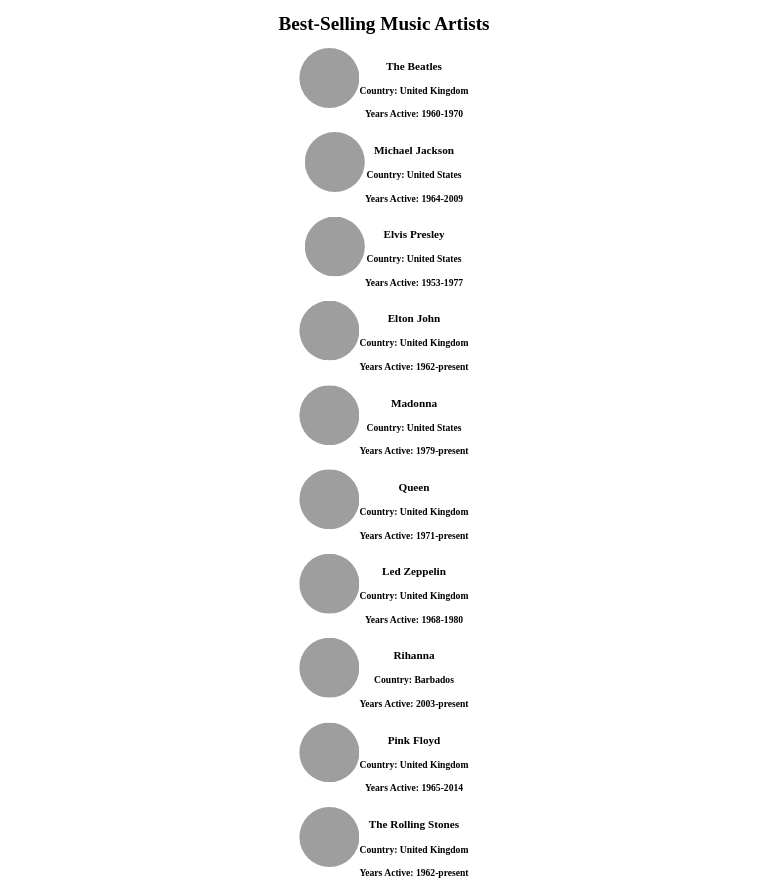
Repository: SamanthaYan298/my_artists
Page: /
These files come from the project's save history. The page is drawn as it stood at one moment and after the next save; the edit follows.
The browser window is 1280 px wide. The pictures show the whole page, at 60% of full size.
Pictures or frames that could not be fetched are drawn as grey boxes. The project was rebuilt for these pictures with package versions that can differ from the ones it lists, and the page was loaded fresh each time. Also part of the build but not shown: vite.config.js.

Above is the page before, as saved 2024-09-16 18:12:58.

### src/App.jsx
import { artists } from './best-selling-music-artists';
import ArtistDetails from './components/ArtistDetails';
import Layout from './components/Layout';

function App() {

  const artistsInfo = artists.map(artists => <ArtistDetails key={artists.name} artists={artists}/>)

  return (
    <Layout>
      <div className="app">
        <div>
          <h1>Best-Selling Music Artists</h1>
        </div>
        {artistsInfo}
      </div>
    </Layout>
  );
}

export default App;

### src/index.css
.main-containter {
    display: flex;
    flex-direction: row;
    justify-content: center;
}

.layout {
    align-items: center;
    text-align: center;
}

### src/best-selling-music-artists.js
export const artists = [
    {
        name: 'The Beatles',
        photo_url: "https://upload.wikimedia.org/wikipedia/commons/9/9f/Beatles_ad_1965_just_the_beatles_crop.jpg",
        country: "United Kingdom",
        years_active: "1960-1970",
    },
    {
        name: 'Michael Jackson',
        photo_url: "https://upload.wikimedia.org/wikipedia/commons/8/83/Michael_Jackson_Dangerous_World_Tour_1993_cropped.png",
        country: "United States",
        years_active: "1964-2009",
    },
    {
        name: 'Elvis Presley',
        photo_url: "https://upload.wikimedia.org/wikipedia/commons/1/16/Elvis_Presley_1973_RCA_Records_and_Tapes_publicity_2_-_cropped.png",
        country: "United States",
        years_active: "1953-1977",
    },
    {
        name: 'Elton John',
        photo_url: "https://upload.wikimedia.org/wikipedia/commons/7/74/Elton_John_1980.png",
        country: "United Kingdom",
        years_active: "1962-present",
    },
    {
        name: 'Madonna',
        photo_url: "https://upload.wikimedia.org/wikipedia/commons/4/47/Madonna_II_A_1_%28cropped%29.jpg",
        country: "United States",
        years_active: "1979-present",
    },
    {
        name: 'Queen',
        photo_url: "https://upload.wikimedia.org/wikipedia/commons/a/ac/FreddieMercuryNov1977.jpg",
        country: "United Kingdom",
        years_active: "1971-present",
    },
    {
        name: 'Led Zeppelin',
        photo_url: "https://upload.wikimedia.org/wikipedia/commons/c/cc/Robert_Plant_at_the_Palace_Theatre%2C_Manchester.jpg",
        country: "United Kingdom",
        years_active: "1968-1980",
    },
    {
        name: 'Rihanna',
        photo_url: "https://upload.wikimedia.org/wikipedia/commons/b/b3/Rihanna_concert_in_Washington_DC_%28cropped%29.jpg",
        country: "Barbados",
        years_active: "2003-present",
    },
    {
        name: 'Pink Floyd',
        photo_url: "https://upload.wikimedia.org/wikipedia/commons/f/f2/David_Gilmour_Argentina_2015_%28cropped%29.jpg",
        country: "United Kingdom",
        years_active: "1965-2014",
    },
    {
        name: 'The Rolling Stones',
        photo_url: "https://upload.wikimedia.org/wikipedia/commons/0/06/Keith_Richards%2C_Mick_Jagger_performing_with_Rolling_Stones_at_Prudential_Center_2012-12-13.jpg",
        country: "United Kingdom",
        years_active: "1962-present",
    },
];

### src/components/ArtistDetails.jsx
function ArtistDetails(props) {

    const {artists} = props;

    return (
        <div className="main-containter">
            <div className="photos">
                <img
                    src={artists.photo_url}
                    alt={artists.name}
                    style={{
                        width: '100px',
                        height: '100px',
                        borderRadius: '50%',
                        objectFit: 'cover'
                    }}
                />
            </div>
            <div className="info">
            <h3>{artists.name}</h3>
            <h4>Country: {artists.country}</h4>
            <h4>Years Active: {artists.years_active}</h4>
            </div>
        </div>
    )
}

export default ArtistDetails;

### src/components/Layout.jsx
export default function Layout(props) {
    return (
        <div className="layout">
            {props.children}
        </div>
    )
}

Loaded but not shown: index.html (common file); src/main.jsx (common file)

After the next save:
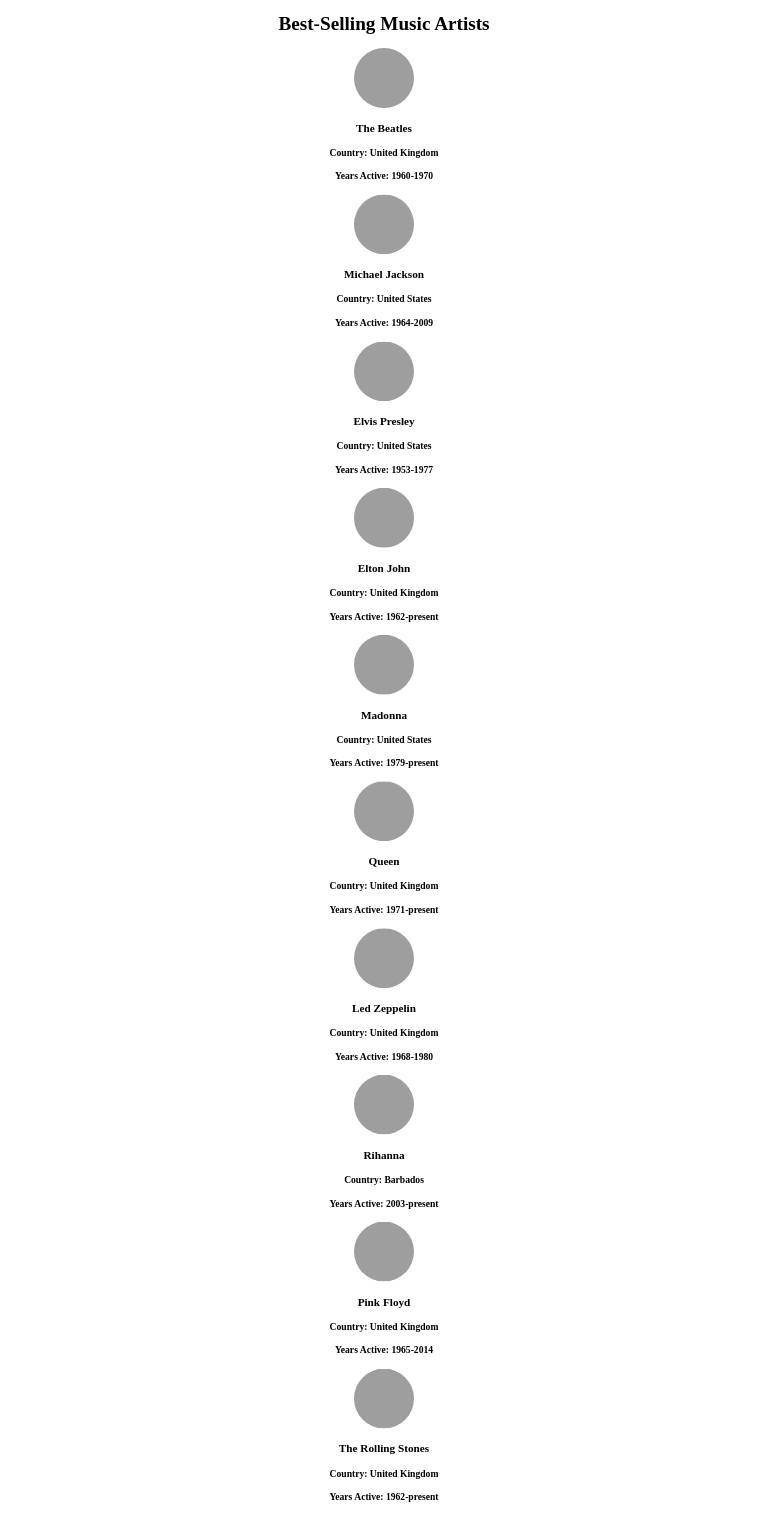
Saved 8 s later.
--- a/src/index.css
+++ b/src/index.css
@@ -1,9 +1,3 @@
-.main-containter {
-    display: flex;
-    flex-direction: row;
-    justify-content: center;
-}
-
 .layout {
     align-items: center;
     text-align: center;

After the save that followed:
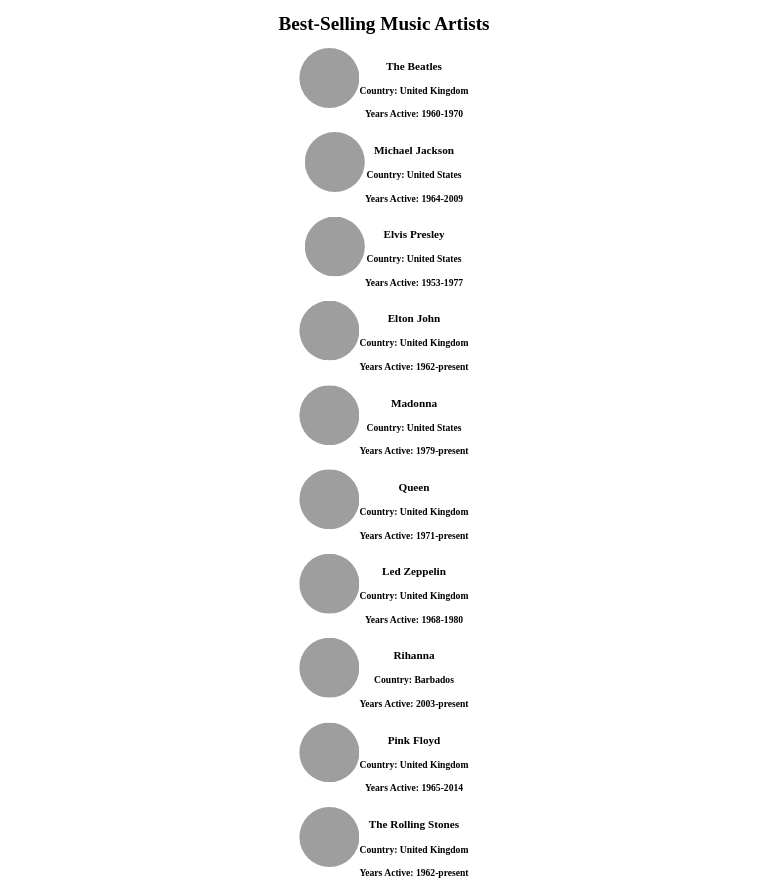
Saved 20 s later.
--- a/src/index.css
+++ b/src/index.css
@@ -2,3 +2,9 @@
     align-items: center;
     text-align: center;
 }
+
+.main-containter {
+    display: flex;
+    flex-direction: row;
+    justify-content: center;
+}
